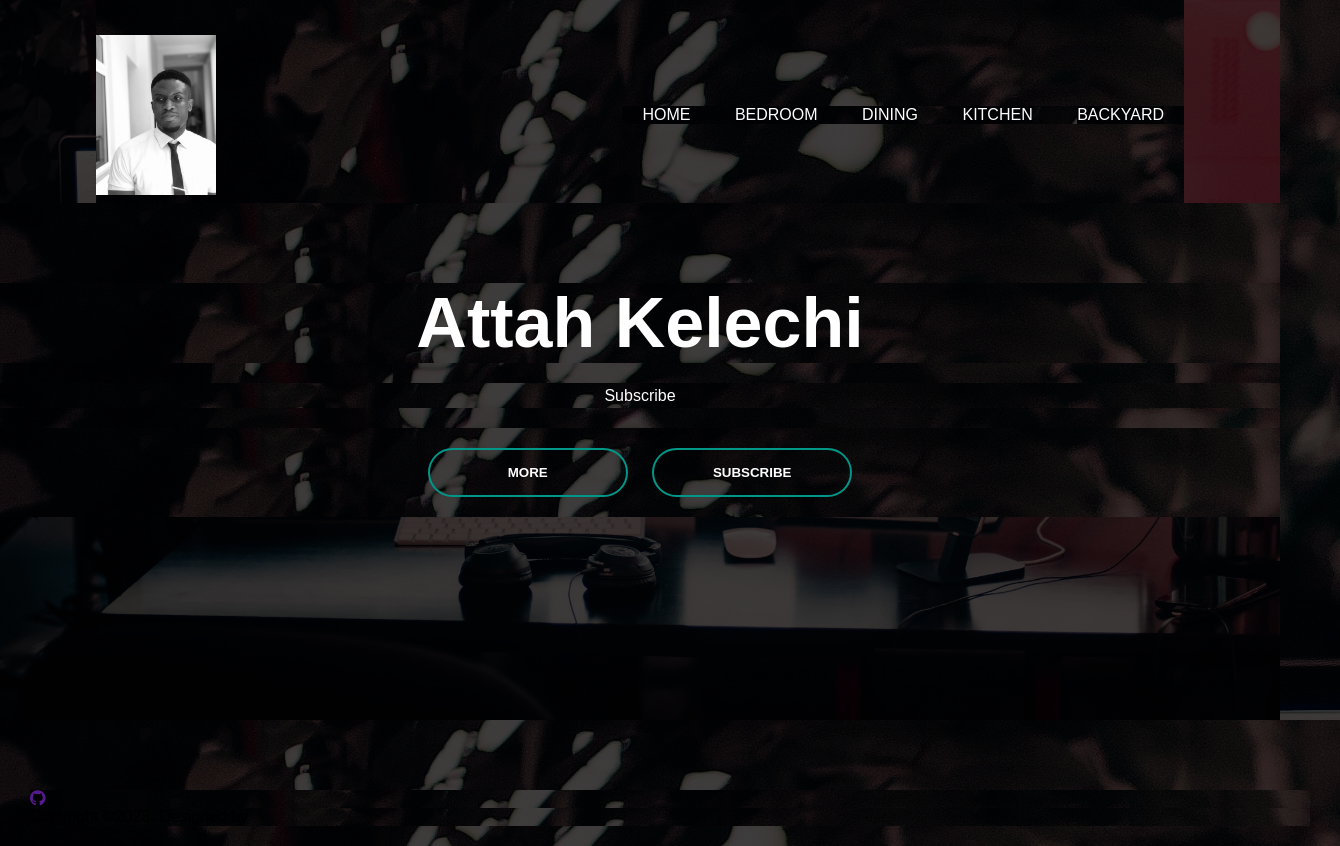
Repository: Kaycee-attah/HNG-Internship_2023
Page: index.html
The author's editor kept a copy of each file at every save. The page is drawn from the files as they stood at one save, then again after the next save.
The browser window is 1280 px wide. The page is 1340 px wide, so the pictures cover 1340 px, including what lies to the right of the window. The pictures show the whole page.

Above is the page before, as saved 2023-09-07 02:38:09.

After the next save:
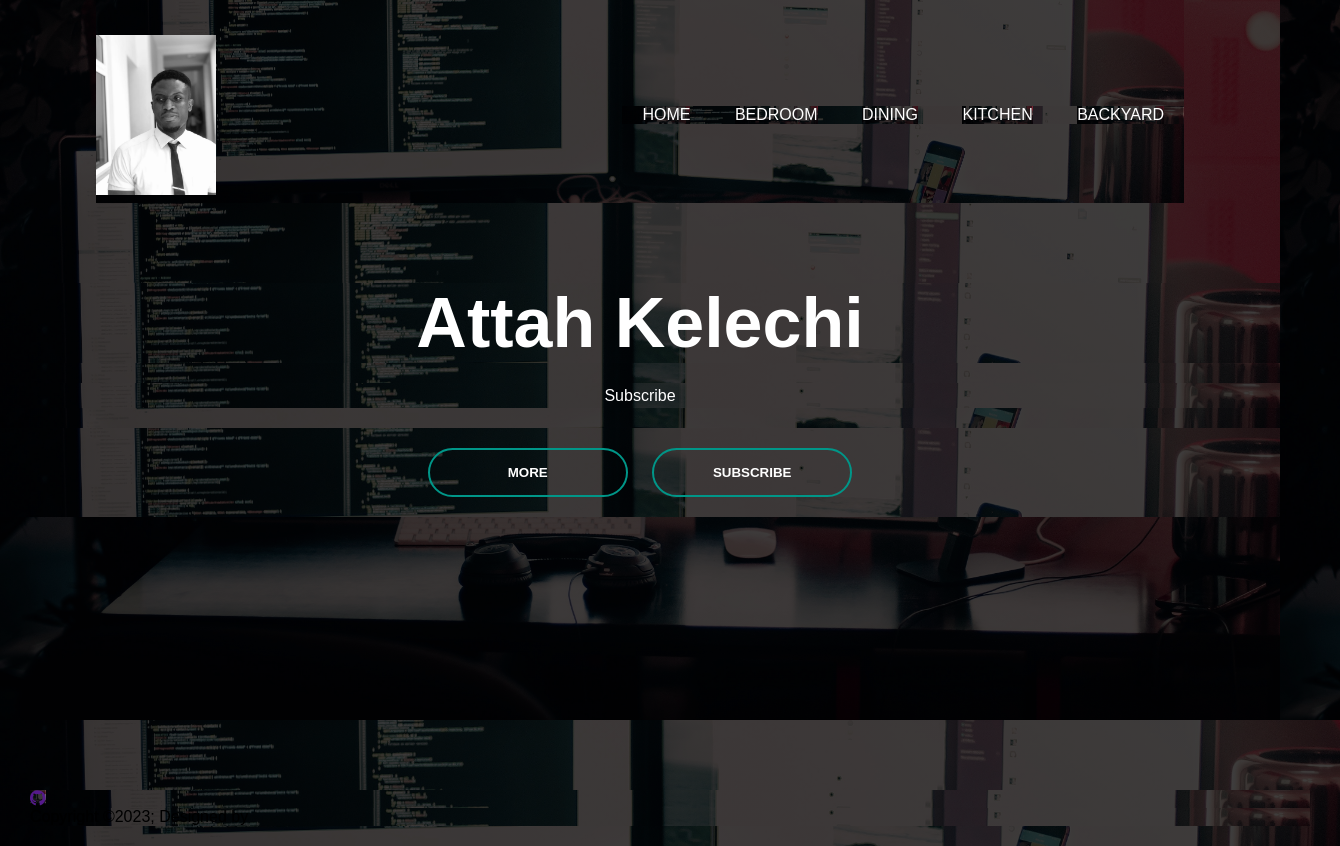
Saved 21 s later.
--- a/style.css
+++ b/style.css
@@ -3,14 +3,15 @@
     padding: 0;
     font-family: sans-serif;
     background-image: linear-gradient(rgba(0,0,0,0.75), rgba(0,0,0,0.75)), url(IMG_6759.JPG);
+    background-size: cover;
+    background-position: center;
 }
 
 .banner{
     width: 100%;
     height: 100vh;
 
-    background-size: cover;
-    background-position: center;
+
 }
 .navbar{
     width: 85%;
